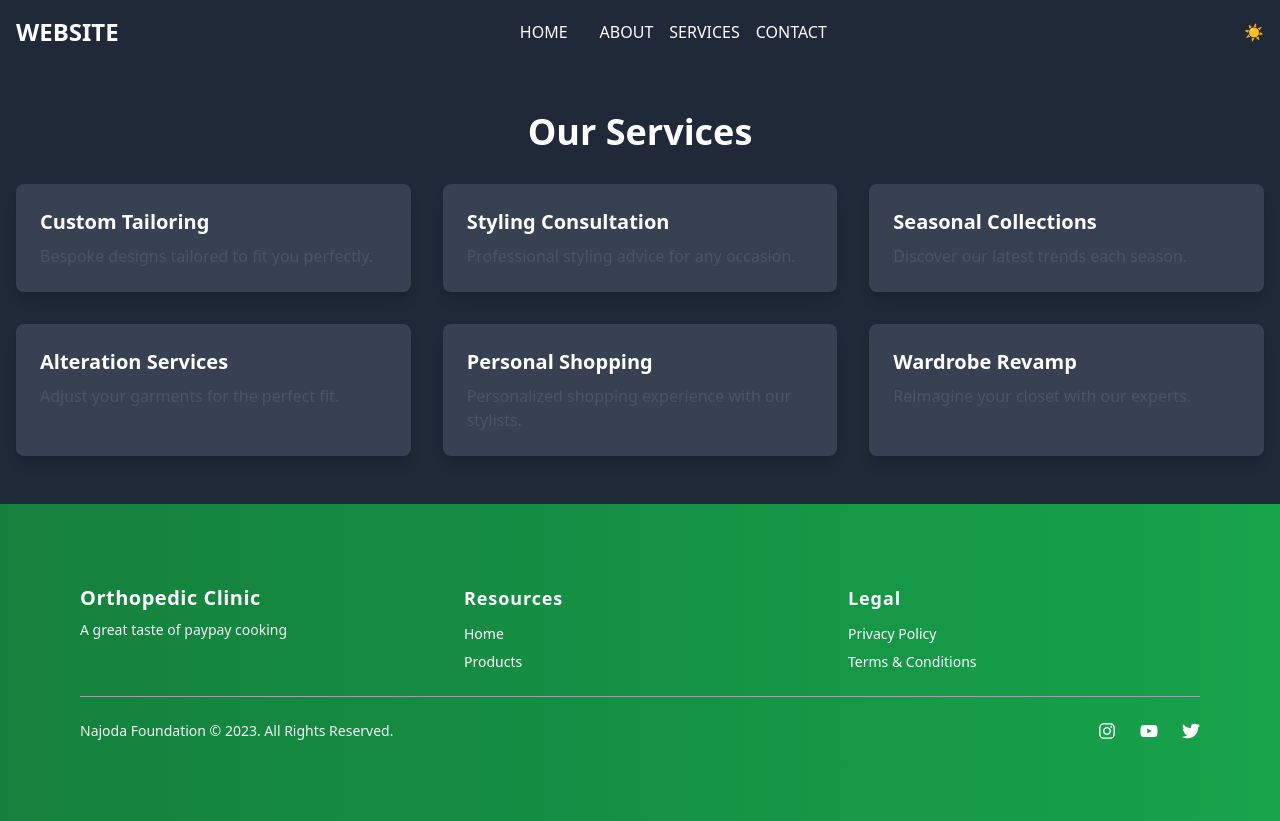
Repository: countaustin1990/file-C-Users-user-Documents-Final-20Cart
Page: /services (app in Documents/BXXXN/my-app/)
These files come from the project's save history. The page is drawn as it stood at one moment and after the next save; the edit follows.
The browser window is 1280 px wide. The pictures show the whole page.
The project was rebuilt for these pictures with package versions that can differ from the ones it lists, and the page was loaded fresh each time. Also part of the build but not shown: Documents/BXXXN/my-app/vite.config.js, Documents/BXXXN/my-app/src/components/folder/HeroSection.test.jsx, Documents/BXXXN/my-app/src/components/horizontalscroll/style.css, Documents/BXXXN/my-app/src/components/horizontalscroll/HorizontalScroll.jsx, Documents/BXXXN/my-app/src/pages/home/Home.test.jsx, Documents/BXXXN/my-app/src/pages/contact/Contact.jsx, Documents/BXXXN/my-app/src/pages/about/About.jsx.

Above is the page before, as saved 2024-10-31 21:51:42.

### Documents/BXXXN/my-app/src/App.jsx
import { BrowserRouter as Router, Routes, Route } from 'react-router-dom';
import Navbar from './components/navbar/Navbar.pro';
import Home from './pages/home/Home.test';
import Footer from './components/footer/Footer';
import { useEffect, useState } from 'react';
import Contact from './pages/contact/Contact';
import About from './pages/about/About';
import Services from './pages/services/Services';

const App = () => {
  const [theme, setTheme] = useState('dark');

  // Toggle theme function
  const toggleTheme = () => {
    const newTheme = theme === 'light' ? 'dark' : 'light';
    setTheme(newTheme);
    localStorage.setItem('theme', newTheme);
  };

  useEffect(() => {
    const savedTheme = localStorage.getItem('theme');
    if (savedTheme) {
      setTheme(savedTheme);
    } else {
      setTheme('dark'); // Default to dark mode
    }
  }, []);

  return (
    <Router>
      <Navbar toggleTheme={toggleTheme} theme={theme} />
      <Routes>
        <Route path="/home" element={<Home theme={theme} />} /> {/* Pass theme prop to Home */}
        {/* Add more routes as needed */}
        <Route path="/about" element={<About theme={theme} />} />
        <Route path="/services" element={<Services theme={theme} />} />
        <Route path="/contact" element={<Contact theme={theme} />} />
      </Routes>
      <Footer />
    </Router>
  );
};

export default App;

### Documents/BXXXN/my-app/src/index.css
@tailwind base;
@tailwind components;
@tailwind utilities;

/* Global Styles */
.app {
  transition: background-color 0.3s ease-in-out;
}

/* Light and Dark Mode Styles */
.light-mode {
  background-color: #f0f0f0;
  color: #000;
}

.dark-mode {
  background-color: #1e1e1e;
  color: #fff;
}

/* Hero Section */
.hero {
  display: flex;
  justify-content: center;
  align-items: center;
  height: 70svh;
  text-align: center;
}

.hero-content h1 {
  font-size: 2.5rem;
  margin-bottom: 1rem;
}

.hero-content p {
  font-size: 1.2rem;
  margin-bottom: 1.5rem;
}

.cta-button {
  padding: 0.75rem 1.5rem;
  font-size: 1rem;
  background-color: rgb(22 163 74);

  color: white;
  border: none;
  cursor: pointer;
  border-radius: 5px;
}

.cta-button:hover {
  background-color: #22923c;
}

/* Toggle Switch Styles */
.switch {
  position: relative;
  display: inline-block;
  width: 60px;
  height: 34px;
  margin-top: 20px;
}

.switch input {
  opacity: 0;
  width: 0;
  height: 0;
}

.slider {
  position: absolute;
  cursor: pointer;
  top: 0;
  left: 0;
  right: 0;
  bottom: 0;
  background-color: #ccc;
  transition: 0.4s;
  border-radius: 34px;
}

.slider:before {
  position: absolute;
  content: "";
  height: 26px;
  width: 26px;
  border-radius: 50%;
  left: 4px;
  bottom: 4px;
  background-color: white;
  transition: 0.4s;
}

input:checked + .slider {
  background-color: #5494de;
}

input:checked + .slider:before {
  transform: translateX(26px);
}

/* Decoration (Additional Styling) */
.decoration {
  position: absolute;
  right: 10px;
  top: 5px;
  width: 8px;
  height: 8px;
  background-color: yellow;
  border-radius: 50%;
  box-shadow: 0 0 5px 2px yellow;
}

### Documents/BXXXN/my-app/src/components/navbar/Navbar.pro.jsx
import PropTypes from 'prop-types';
import { useState } from 'react';
import { Link } from 'react-router-dom';

const Navbar = ({ theme, toggleTheme }) => {
  const [isMenuOpen, setIsMenuOpen] = useState(false);

  const handleMenuToggle = () => {
    setIsMenuOpen(!isMenuOpen);
  };

  return (
    <nav className={`navbar ${theme === 'light' ? 'bg-white text-black' : 'bg-gray-800 text-white'} transition-colors duration-300`}>
      <div className="container mx-auto flex justify-between items-center p-4">
        {/* Website Name */}
        <h1 className="text-2xl font-bold uppercase">Website</h1>

        {/* Links for Desktop */}
        <ul className="hidden md:flex space-x-4 uppercase">
          <li><Link to="home" className="hover:underline">Home</Link></li>
          <li><Link to="about" className="hover:underline">About</Link></li>
          <li><Link to="services" className="hover:underline">Services</Link></li>
          <li><Link to="contact" className="hover:underline">Contact</Link></li>
        </ul>

        {/* Theme Toggle Button */}
        <button onClick={toggleTheme} className="ml-4 toggle-theme" aria-label={`Switch to ${theme === 'light' ? 'dark' : 'light'} mode`}>
          {theme === 'light' ? '🌙' : '☀️'}
        </button>

        {/* Mobile Menu Button */}
        <button
          onClick={handleMenuToggle}
          className="block md:hidden focus:outline-none ml-4"
          aria-label="Toggle menu"
        >
          {isMenuOpen ? '✖' : '☰'} {/* Menu icon changes when clicked */}
        </button>
      </div>

      {/* Links for Mobile */}
      {isMenuOpen && (
        <ul className={`md:hidden p-4 space-y-2 ${theme === 'light' ? 'bg-white text-black' : 'bg-gray-800 text-white'}`}>
          <li><Link to="home" className="block">Home</Link></li>
          <li><Link to="about" className="block">About</Link></li>
          <li><Link to="services" className="block">Services</Link></li>
          <li><Link to="contact" className="block">Contact</Link></li>
        </ul>
      )}
    </nav>
  );
};

Navbar.propTypes = {
  theme: PropTypes.string.isRequired,
  toggleTheme: PropTypes.func.isRequired,
};

export default Navbar;

### Documents/BXXXN/my-app/src/components/footer/Footer.jsx
import { Link } from "react-router-dom";
import { FaYoutube, FaTwitter, FaInstagram } from "react-icons/fa";



const Footer = () => {
  const scrollToTop = () => {
    window.scrollTo({
      top: 0,
      behavior: 'smooth', // Smooth scroll
    });
  };
  return (
    <footer className="bg-gradient-to-r from-green-700 to-green-600 text-white p-16">
      <div className="w-full max-w-full p-4">
        <div className="grid grid-cols-1 md:grid-cols-3 gap-8">
          <div>
            <Link to="/" className="flex items-center space-x-5"  onClick={scrollToTop}>
              {/* Add Logo if necessary */}
              <span className="text-xl font-bold capitalize tracking-wide">
                Orthopedic Clinic
              </span>
            </Link>
            <p className="mt-2 text-sm text-gray-100">
              A great taste of paypay cooking
            </p>
          </div>

          <div>
            <h2 className="mb-3 text-lg font-semibold tracking-wider">
              Resources
            </h2>
            <ul className="space-y-2 text-sm">
              <li>
                <Link to="/" className="hover:text-gray-100 transition duration-300"  onClick={scrollToTop}>Home</Link>
              </li>
              <li>
                <Link to="/products" className="hover:text-gray-100 transition duration-300"  onClick={scrollToTop}>Products</Link>
              </li>
              {/*<li>
                <Link to="/services" className="hover:text-gray-100 transition duration-300">Services</Link>
              </li>
              <li>
                <Link to="/contact" className="hover:text-gray-100 transition duration-300">Contact</Link>
              </li>
              <li>
                <Link to="/blog" className="hover:text-gray-100 transition duration-300">Blog</Link>
              </li>*/}
            </ul>
          </div>

          <div>
            <h2 className="mb-3 text-lg font-semibold tracking-wider">
              Legal
            </h2>
            <ul className="space-y-2 text-sm">
              <li>
                <Link to="/privacy-policy" className="hover:text-gray-100 transition duration-300">Privacy Policy</Link>
              </li>
              <li>
                <Link to="/terms-conditions" className="hover:text-gray-100 transition duration-300">Terms & Conditions</Link>
              </li>
            </ul>
          </div>
        </div>

        <hr className="my-6 border-gray-400" />

        <div className="flex justify-between items-center">
          <span className="text-sm text-gray-100">
            Najoda Foundation © 2023. All Rights Reserved.
          </span>
          <div className="flex space-x-6">
            <a
              href="https://instagram.com"
              className="hover:text-white transition duration-300"
              target="_blank"
              rel="noopener noreferrer"
            >
              <FaInstagram size={18} />
              <span className="sr-only">Instagram</span>
            </a>
            <a
              href="https://youtube.com"
              className="hover:text-white transition duration-300"
              target="_blank"
              rel="noopener noreferrer"
            >
              <FaYoutube size={18} />
              <span className="sr-only">YouTube</span>
            </a>
            <a
              href="https://twitter.com"
              className="hover:text-white transition duration-300"
              target="_blank"
              rel="noopener noreferrer"
            >
              <FaTwitter size={18} />
              <span className="sr-only">Twitter</span>
            </a>
          </div>
        </div>
      </div>
    </footer>
  );
};

export default Footer;

### Documents/BXXXN/my-app/src/pages/services/Services.jsx
import PropTypes from 'prop-types';

const Services = ({ theme }) => {
  const services = [
    { title: "Custom Tailoring", description: "Bespoke designs tailored to fit you perfectly." },
    { title: "Styling Consultation", description: "Professional styling advice for any occasion." },
    { title: "Seasonal Collections", description: "Discover our latest trends each season." },
    { title: "Alteration Services", description: "Adjust your garments for the perfect fit." },
    { title: "Personal Shopping", description: "Personalized shopping experience with our stylists." },
    { title: "Wardrobe Revamp", description: "Reimagine your closet with our experts." },
  ];

  return (
    <div className={`container mx-auto py-12 px-4 ${theme === 'light' ? 'bg-white text-gray-800' : 'bg-gray-800 text-white'}`}>
      <h1 className="text-4xl font-bold text-center mb-8">Our Services</h1>
      <div className="grid grid-cols-1 md:grid-cols-2 lg:grid-cols-3 gap-8">
        {services.map((service, index) => (
          <div
            key={index}
            className={`p-6 shadow-lg rounded-lg transition-transform transform hover:scale-105 ${theme === 'light' ? 'bg-white' : 'bg-gray-700'}`}
          >
            <h2 className="text-xl font-semibold mb-2">{service.title}</h2>
            <p className="text-gray-600">{service.description}</p>
          </div>
        ))}
      </div>
    </div>
  );
};

// PropTypes validation
Services.propTypes = {
  theme: PropTypes.string.isRequired,
};

export default Services;

### Documents/BXXXN/my-app/src/components/folder/style.css
/* style.css */
.app.dark-mode {
  background-color: #1a1a2e;
  color: #fff;
}

.app.light-mode {
  background-color: #f4f4f9;
  color: #333;
}

.hero-content h1 {
  font-size: 3rem;
}

.cta-button {
  padding: 0.5rem 2rem;
  background-color: #15983e;
  color: white;
  border: none;
  border-radius: 0.25rem;
  cursor: pointer;
}

.cta-button:hover {
  background-color: #157b3c;
}

/* Dark/Light Mode Toggle Styles */
.switch {
  position: relative;
  display: inline-block;
  width: 60px;
  height: 34px;
}

.switch input {
  opacity: 0;
  width: 0;
  height: 0;
}

.slider {
  position: absolute;
  top: 0;
  left: 0;
  right: 0;
  bottom: 0;
  background-color: #ccc;
  border-radius: 34px;
}

.slider:before {
  position: absolute;
  content: "";
  height: 26px;
  width: 26px;
  left: 4px;
  bottom: 4px;
  background-color: white;
  border-radius: 50%;
  transition: 0.4s;
}

input:checked + .slider {
  background-color: #2196F3;
}

input:checked + .slider:before {
  transform: translateX(26px);
}

/* Additional Styles */
.flex {
  display: flex;
}

.space-x-4 > *:not(:last-child) {
  margin-right: 1rem;
}

Loaded but not shown: Documents/BXXXN/my-app/index.html (common file); Documents/BXXXN/my-app/src/main.jsx (common file); Documents/BXXXN/my-app/tailwind.config.js (common file)

After the next save:
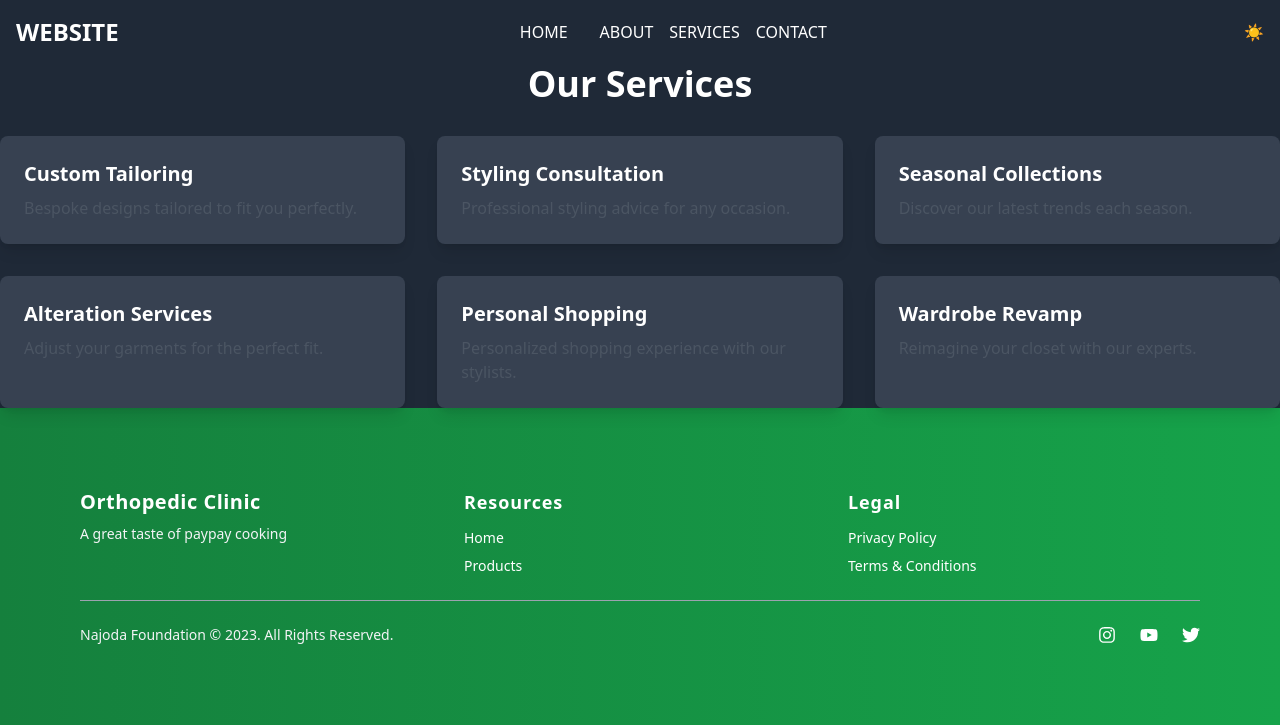
Saved 29 s later.
--- a/Documents/BXXXN/my-app/src/pages/services/Services.jsx
+++ b/Documents/BXXXN/my-app/src/pages/services/Services.jsx
@@ -11,7 +11,7 @@ const Services = ({ theme }) => {
   ];
 
   return (
-    <div className={`container mx-auto py-12 px-4 ${theme === 'light' ? 'bg-white text-gray-800' : 'bg-gray-800 text-white'}`}>
+    <div className={`container mx-auto ${theme === 'light' ? 'bg-white text-gray-800' : 'bg-gray-800 text-white'}`}>
       <h1 className="text-4xl font-bold text-center mb-8">Our Services</h1>
       <div className="grid grid-cols-1 md:grid-cols-2 lg:grid-cols-3 gap-8">
         {services.map((service, index) => (
